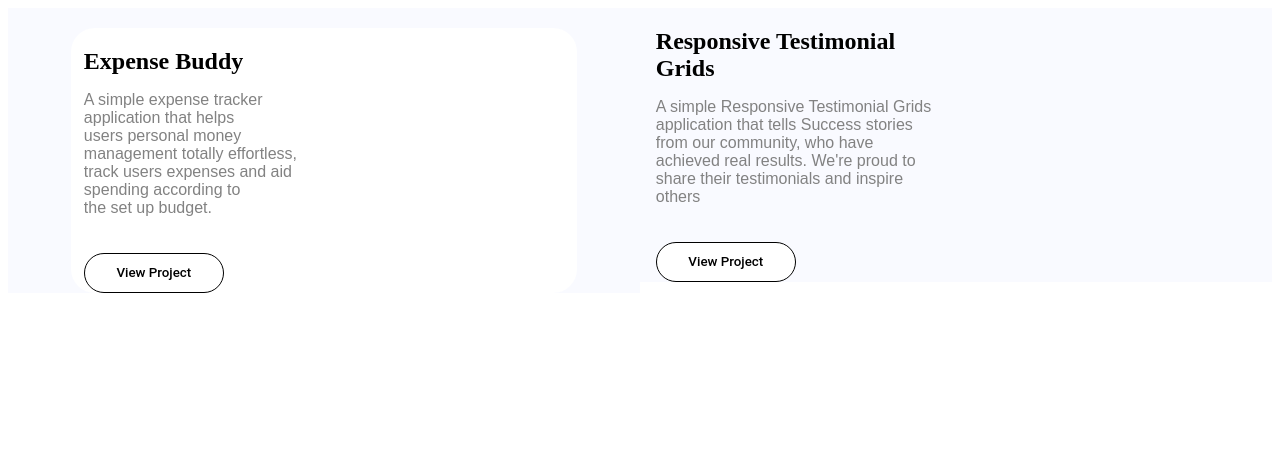
Repository: adehope1/My_Portfoilo
Page: port/assest/index2.html
The author's editor kept a copy of each file at every save. The page is drawn from the files as they stood at one save, then again after a run of saves.
The browser window is 1280 px wide. The pictures show the whole page.

Above is the page before, as saved 2024-09-01 22:32:26.

After the next 10 saves:
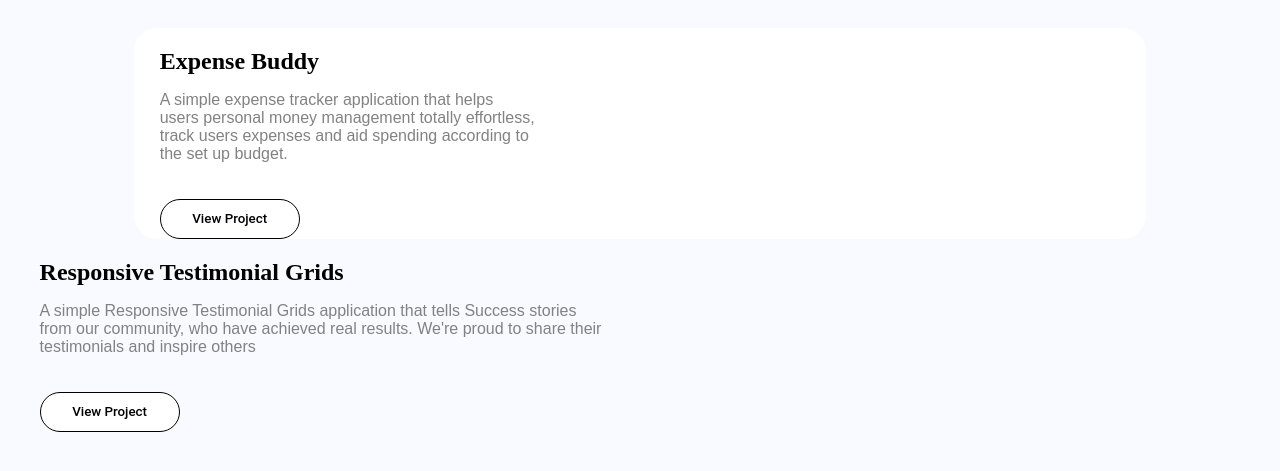
The 10 saves are shown as one change because they came seconds apart.
The last was saved 24 s later.
--- a/port/assest/index2.css
+++ b/port/assest/index2.css
@@ -1,5 +1,10 @@
 body{
     display: flex;
+    flex-direction: column;
+    justify-content: center;
+    align-items: center;
+    background-color: #F9FAFF;
+    font-family: Arial, sans-serif;
 
 }
 .proCont {
